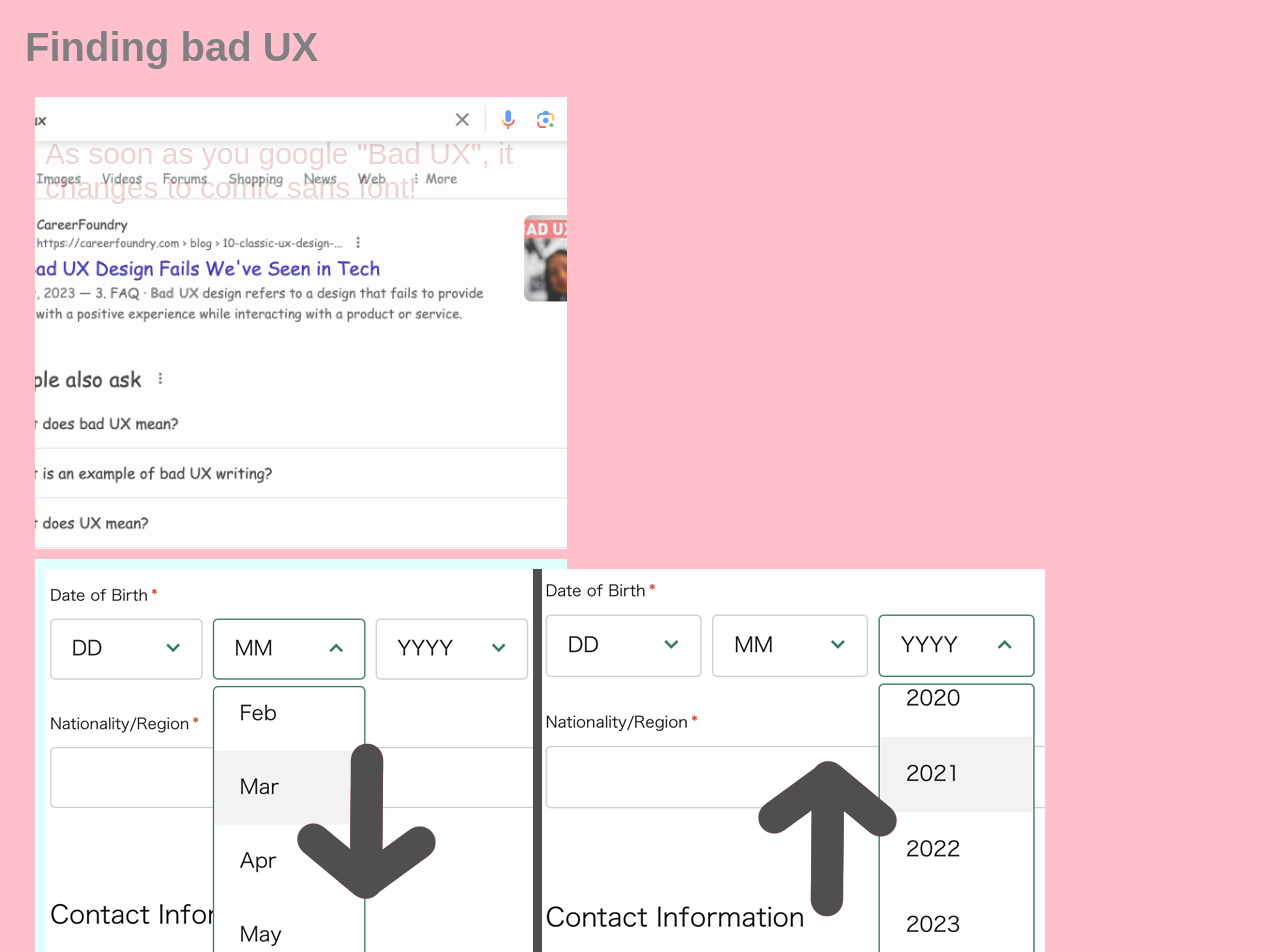
Repository: j1s00jang/MDIA-2109
Page: index.html
These files come from the project's save history. The page is drawn as it stood at one moment and after the next save; the edit follows.
The browser window is 1280 px wide. The pictures show the part of the page from y = 0 to 952 px (the page is 1508 px tall).
A picture or video elsewhere on the page could not be fetched, so the positions and the page height are approximate.

Above is the page before, as saved 2025-02-24 12:14:37.

### index.html
<html>
    <head>
        <!-- Metadata belongs in the head of your document -->
         <title>Jisoo's finding bad ux</title>
         <meta charset="UTF-8" />
         <link rel="stylesheet" href="css/styles.css">
    </head>
    <body>
        <main>
            <h1 class="title">Finding bad UX</h1>

            <div class="first">
                <img src="css/first.png" alt="google ux" class="first_photo"><p>As soon as you google "Bad UX", it changes to comic sans font!</p>
            </div>

            <div class="second">
                <img src="css/second.png" alt="confirm button in red"><p>You filled up long survey took 30 minutes, and go back button was in blue, confirm button was red.</p>
            </div>

            <div class="third">
                <img src="css/third.jpeg" alt="iphone's recents calling list"><p>After you hung up, you accidentally press one of the recent call</p>
            </div>
        </main>
    </body>
</html>

### css/styles.css


html {
    font-family: "Futura", sans-serif;
    font-size: 1.25em;
    background-color: pink;
    padding: 1.25em;
    color:palevioletred;
}

body {
    margin: 0;
}

.title {
    font-size: 2em;
    color: grey;
}


.first,
.second,
.third {
    position: relative;
    width: 40vw;
    height: 60vh;
}


.first {
    background-color: whitesmoke;
    padding: 10px;
    margin: 10px;
    color: brown;
    font-size: 1.5em;
}


.first_photo {
    position: absolute;
    top: 0;
    left: 0;
    width: 100%;
    height: 100%;
    object-fit: cover;
    opacity: 0.8;
}

.second {
    background-color: lightcyan;
    padding: 10px;
    margin: 10px;
    color: teal;
    font-size: 1.5em;
}

.third {
    background-color: lightyellow;
    padding: 10px;
    margin: 10px;
    color: darkgoldenrod;
    font-size: 1.5em;
}

After the next save:
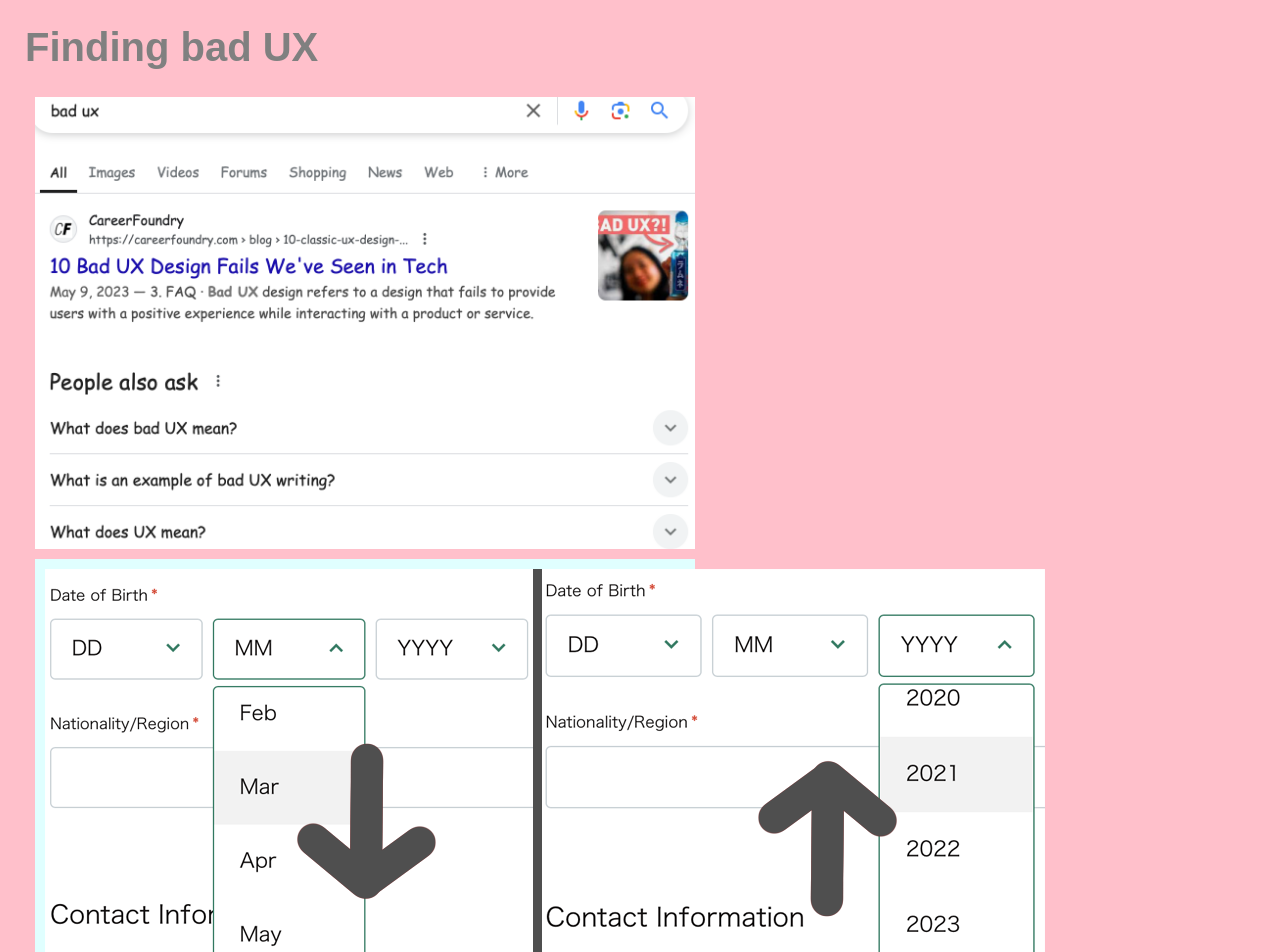
Saved 12 s later.
--- a/css/styles.css
+++ b/css/styles.css
@@ -22,7 +22,7 @@ body {
 .second,
 .third {
     position: relative;
-    width: 40vw;
+    width: 50vw;
     height: 60vh;
 }
 
@@ -43,7 +43,7 @@ body {
     width: 100%;
     height: 100%;
     object-fit: cover;
-    opacity: 0.8;
+    opacity: 1;
 }
 
 .second {
